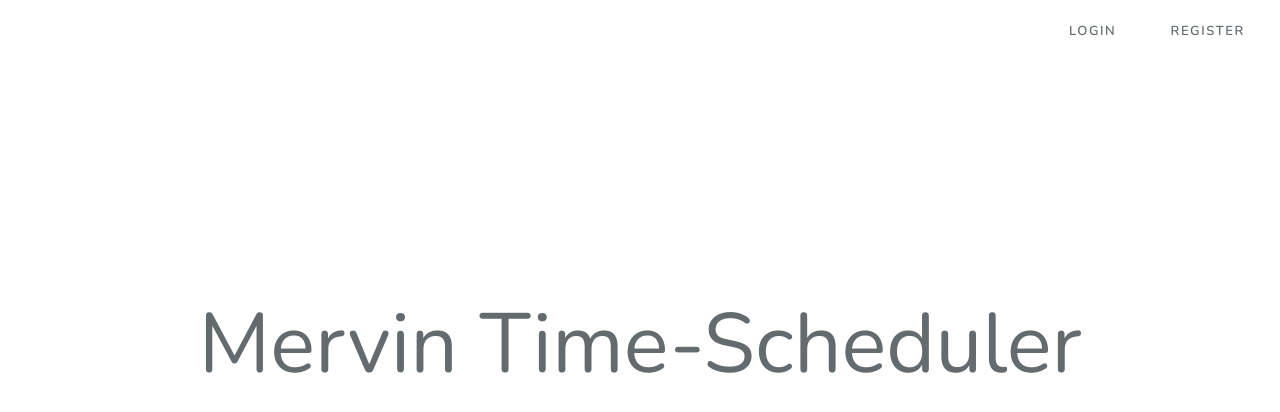
Repository: merin923/Timetable
Page: http://localhost/
These files come from the project's save history. The page is drawn as it stood at one moment and after the next save; the edit follows.
The browser window is 1280 px wide. The pictures show the whole page.
Some web libraries are served in a nearby version. The page is served by the project's Laravel application, run on PHP 8.4 with Laravel 8.

Above is the page before, as saved 2020-04-30 00:28:42.

After the next save:
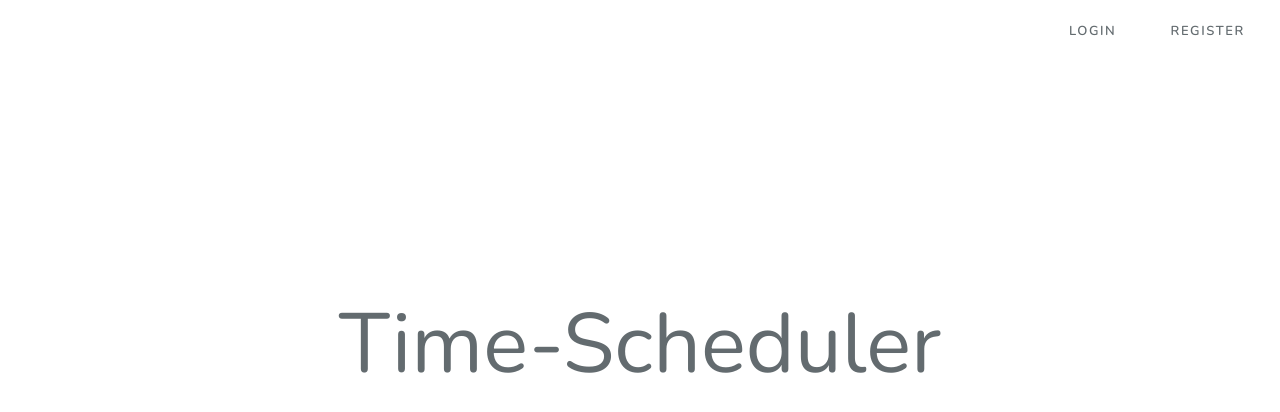
Saved 4 min 44 s later.
--- a/resources/views/welcome.blade.php
+++ b/resources/views/welcome.blade.php
@@ -81,7 +81,7 @@
 
             <div class="content">
                 <div class="title m-b-md">
-                    Mervin Time-Scheduler
+                    Time-Scheduler
                 </div>
             </div>
         </div>
